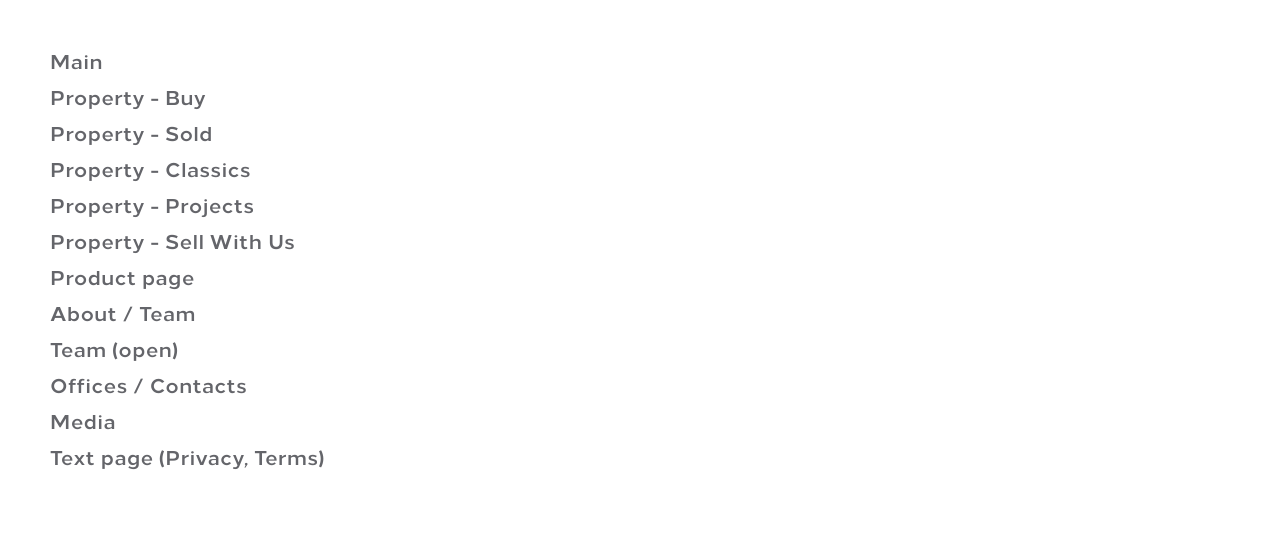
Repository: TarasDutchak/srb
Page: sitemap.html
These files come from the project's save history. The page is drawn as it stood at one moment and after the next save; the edit follows.
The browser window is 1280 px wide. The pictures show the whole page.

Above is the page before, as saved 2024-08-05 08:28:54.
Console error: ReferenceError: Swiper is not defined

After the next save:
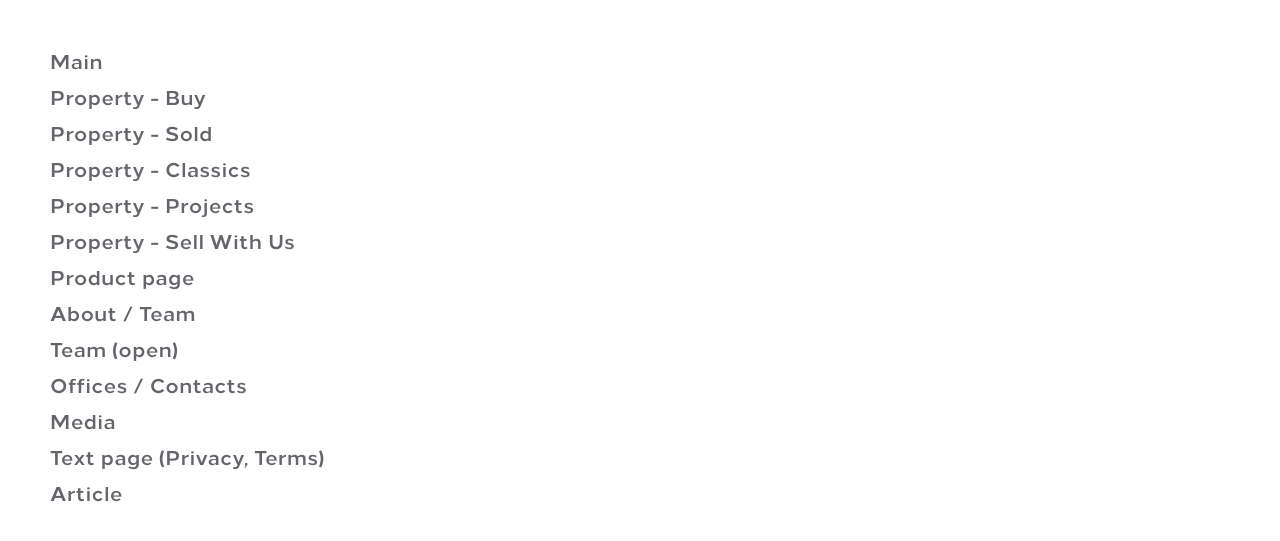
Saved 13 s later.
--- a/sitemap.html
+++ b/sitemap.html
@@ -26,6 +26,7 @@
             <li><a href="offices-contacts.html" target="_blank">Offices / Contacts</a></li>
             <li><a href="media.html" target="_blank">Media</a></li>
             <li><a href="textpage.html" target="_blank">Text page (Privacy, Terms)</a></li>
+            <li><a href="article.html" target="_blank">Article</a></li>
         </ul>
     </div>
 
